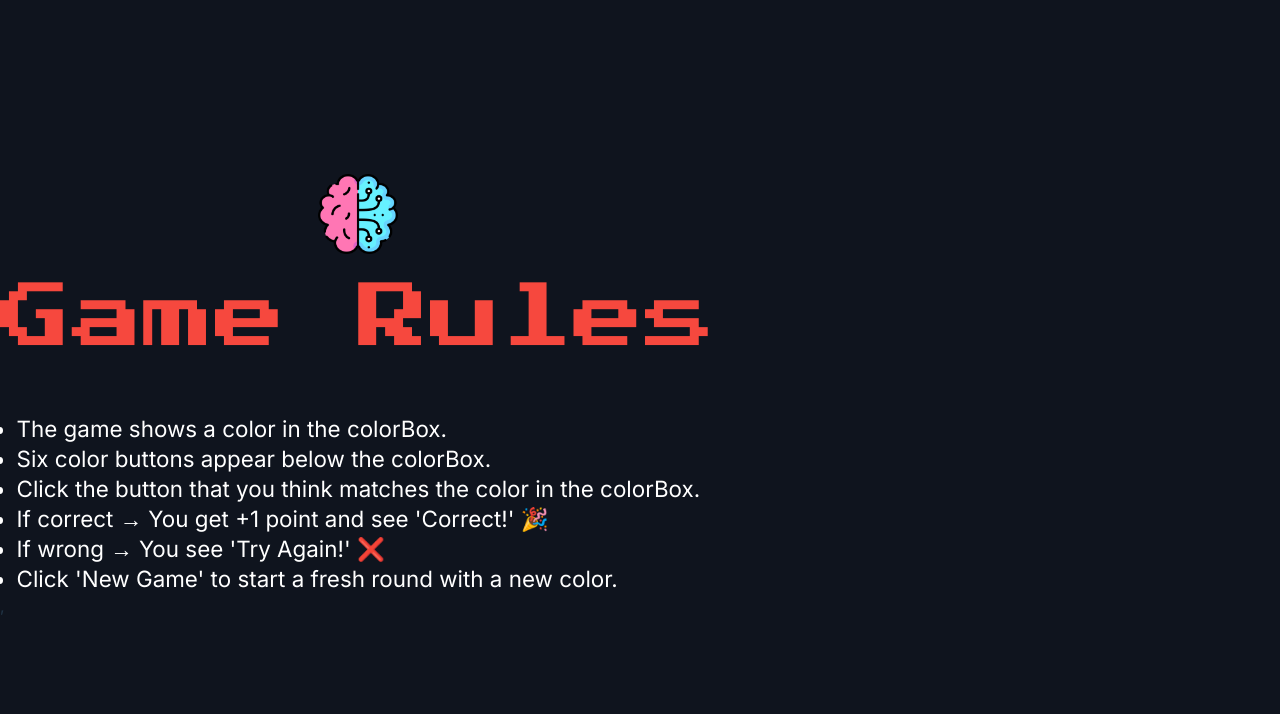
Repository: Shenixo/Color_match_game
Page: /rules
The author's editor kept a copy of each file at every save. The page is drawn from the files as they stood at one save, then again after the next save.
The browser window is 1280 px wide. The pictures show the whole page.
The project was rebuilt for these pictures with package versions that can differ from the ones it lists, and the page was loaded fresh each time. Also part of the build but not shown: vite.config.js, src/Components/Tab/Tab.css, src/Components/Tab/Tab.jsx, src/Pages/Home/Home.jsx.

Above is the page before, as saved 2025-02-03 06:14:10.

### index.html
<!DOCTYPE html>
<html lang="en">
  <head>
    <meta charset="UTF-8" />
    <link rel="icon" type="image/svg+xml" href="/vite.svg" />
    <meta name="viewport" content="width=device-width, initial-scale=1.0" />
    <link rel="preconnect" href="https://fonts.googleapis.com" />
    <link rel="preconnect" href="https://fonts.gstatic.com" crossorigin />
    <link rel="preconnect" href="https://fonts.googleapis.com">
<link rel="preconnect" href="https://fonts.gstatic.com" crossorigin>
<link href="https://fonts.googleapis.com/css2?family=Inter:ital,opsz,wght@0,14..32,100..900;1,14..32,100..900&family=Poppins:ital,wght@0,100;0,200;0,300;0,400;0,500;0,600;0,700;0,800;0,900;1,100;1,200;1,300;1,400;1,500;1,600;1,700;1,800;1,900&family=Press+Start+2P&display=swap" rel="stylesheet">
    <title>Color Match</title>
  </head>
  <body>
    <div id="root"></div>
    <script type="module" src="/src/main.jsx"></script>
  </body>
</html>

### src/App.jsx
import { Route, Routes } from "react-router-dom";
import "./App.css";
import Home from "./Pages/Home/Home";
import Rules from "./Pages/Rules/Rules";

function App() {
  return (
    <div>
      <Routes>
        <Route path="/" element={<Home />} />
        <Route path="/rules" element={<Rules />} />
      </Routes>
    </div>
  );
}

export default App;

### src/App.css
*{
  padding: 0;
  margin: 0;
  box-sizing: border-box;
  font-family: "Inter", serif;
}
body{
  background: #0f141e;
}

### src/Pages/Rules/Rules.jsx
import Title from "../../Components/Title/Title";
import "./Rules.css"
const Rules = () => {
  return (
    <div>
      <div className="container">
        <Title content="Game Rules" />

        <ul className="rules">
          {gameRules.map((rule) => (
            <li key={rule}>{rule}</li>
          ))}
        </ul>
      </div>
    </div>
  );
};

export default Rules;
const gameRules = [
  "The game shows a color in the colorBox.",
  "Six color buttons appear below the colorBox.",
  "Click the button that you think matches the color in the colorBox.",
  "If correct → You get +1 point and see 'Correct!' 🎉",
  "If wrong → You see 'Try Again!' ❌",
  "Click 'New Game' to start a fresh round with a new color.",
];

### src/Components/Title/Title.jsx
/* eslint-disable react/prop-types */
import "./Title.css"
import brain from "../../assets/brain.png"
import { Link } from "react-router-dom"
const Title = ({content}) => {
  return (
    <div className="title">
          <h1>{content}</h1>
          <Link to="/">
          <img src={brain} alt="Brain image" width={80} />
          </Link>
    </div>
  )
}

export default Title

### src/Pages/Home/Home.css
.home{
    width: 100%;
    max-height: 100svh;
}
.container{
    display: flex;
    align-items: center;
    justify-content: center;
    margin-top: 10%;
    flex-direction: column;
    gap: 1rem;
}

### src/Pages/Rules/Rules.css
.rules{
    color: white;
    font-size: 1.4rem;
}
.rules li{
    line-height: 30px;
}

### src/Components/Title/Title.css
.title {
  display: flex;
  align-items: center;
  gap: 1rem;
  color: #f6483e;
  font-size: 1.4rem;
  margin-bottom: 2.5rem;
  flex-direction: column-reverse;
}
.title h1 {
  font-family: "Press Start 2P", serif;
}

Loaded but not shown: src/main.jsx (common file); src/index.css (common file)

After the next save:
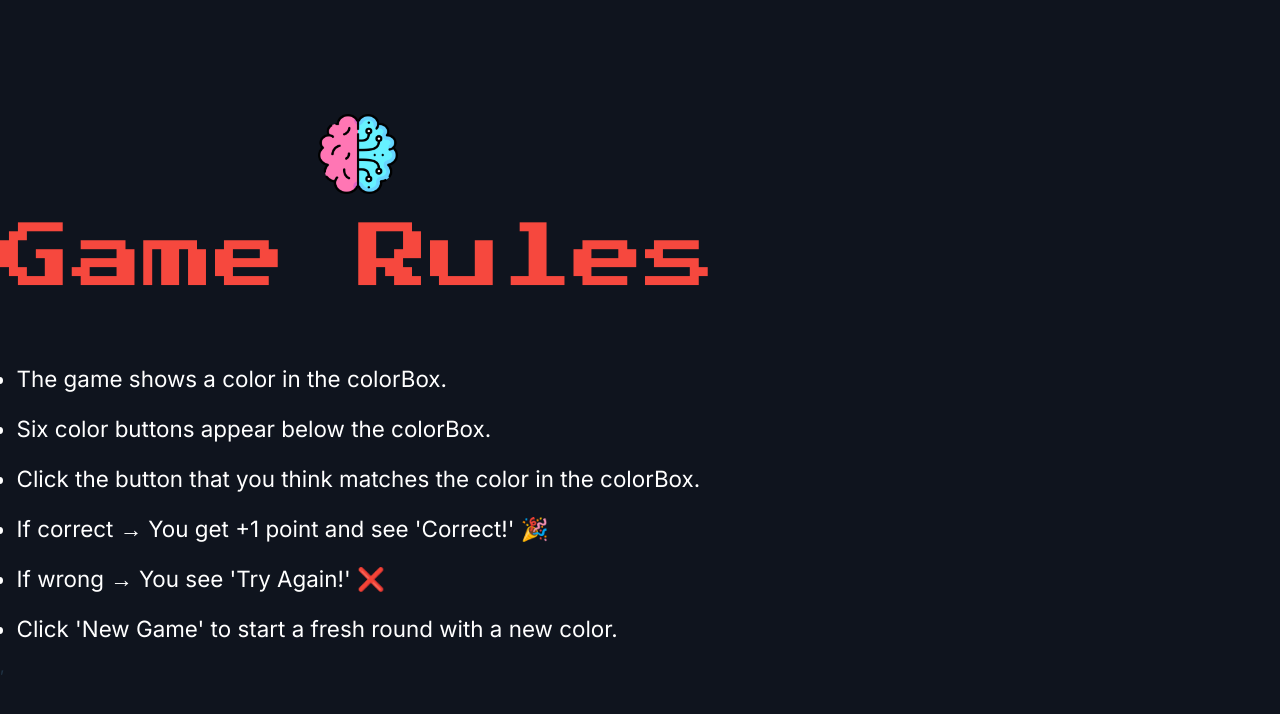
Saved 4 s later.
--- a/src/Pages/Rules/Rules.css
+++ b/src/Pages/Rules/Rules.css
@@ -3,5 +3,5 @@
     font-size: 1.4rem;
 }
 .rules li{
-    line-height: 30px;
+    line-height: 50px;
 }
